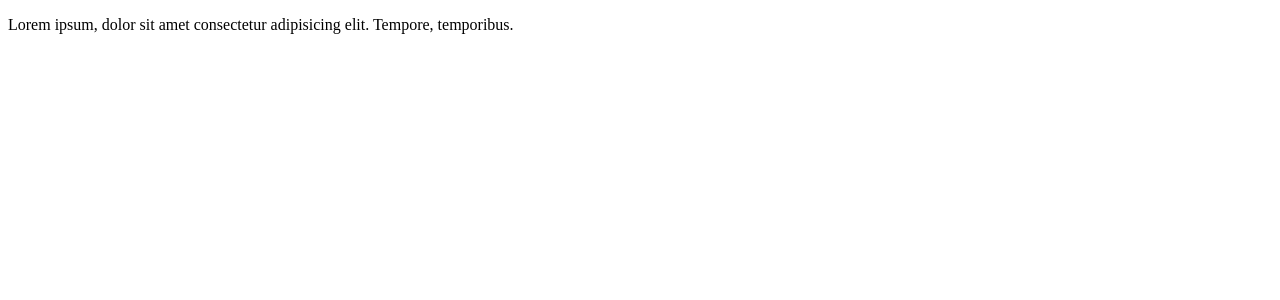
Repository: Mohitkumar1322/FrontendPracticee
Page: Javascript/index.html
The author's editor kept a copy of each file at every save. The page is drawn from the files as they stood at one save, then again after the next save.
The browser window is 1280 px wide. The pictures show the whole page.

Above is the page before, as saved 2025-07-10 09:59:18.

### Javascript/index.html
<!DOCTYPE html>
<html lang="en">
<head>
    <meta charset="UTF-8">
    <meta name="viewport" content="width=device-width, initial-scale=1.0">
    <title>Document</title>
</head>
<body>
    <p id ="demo">Lorem ipsum, dolor sit amet consectetur adipisicing elit. Tempore, temporibus.</p>
    <h1 class="heading"></h1>
    <script src="script.js"></script>
</body>
</html>

### Javascript/script.js
let p =document.getElementById("demo");
console.dir(p);


let chanege=document.getElementById("demo");

chanege.innerHTML;

After the next save:
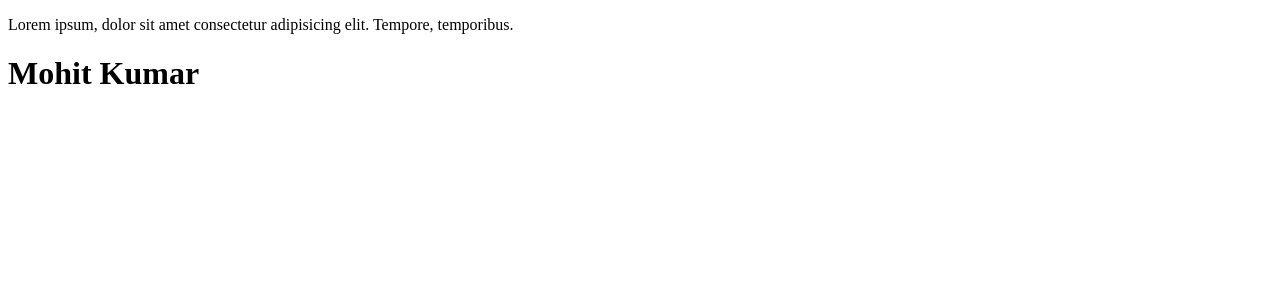
Saved 5 s later.
--- a/Javascript/index.html
+++ b/Javascript/index.html
@@ -7,7 +7,7 @@
 </head>
 <body>
     <p id ="demo">Lorem ipsum, dolor sit amet consectetur adipisicing elit. Tempore, temporibus.</p>
-    <h1 class="heading"></h1>
+    <h1 class="heading">Mohit Kumar </h1>
     <script src="script.js"></script>
 </body>
 </html>
